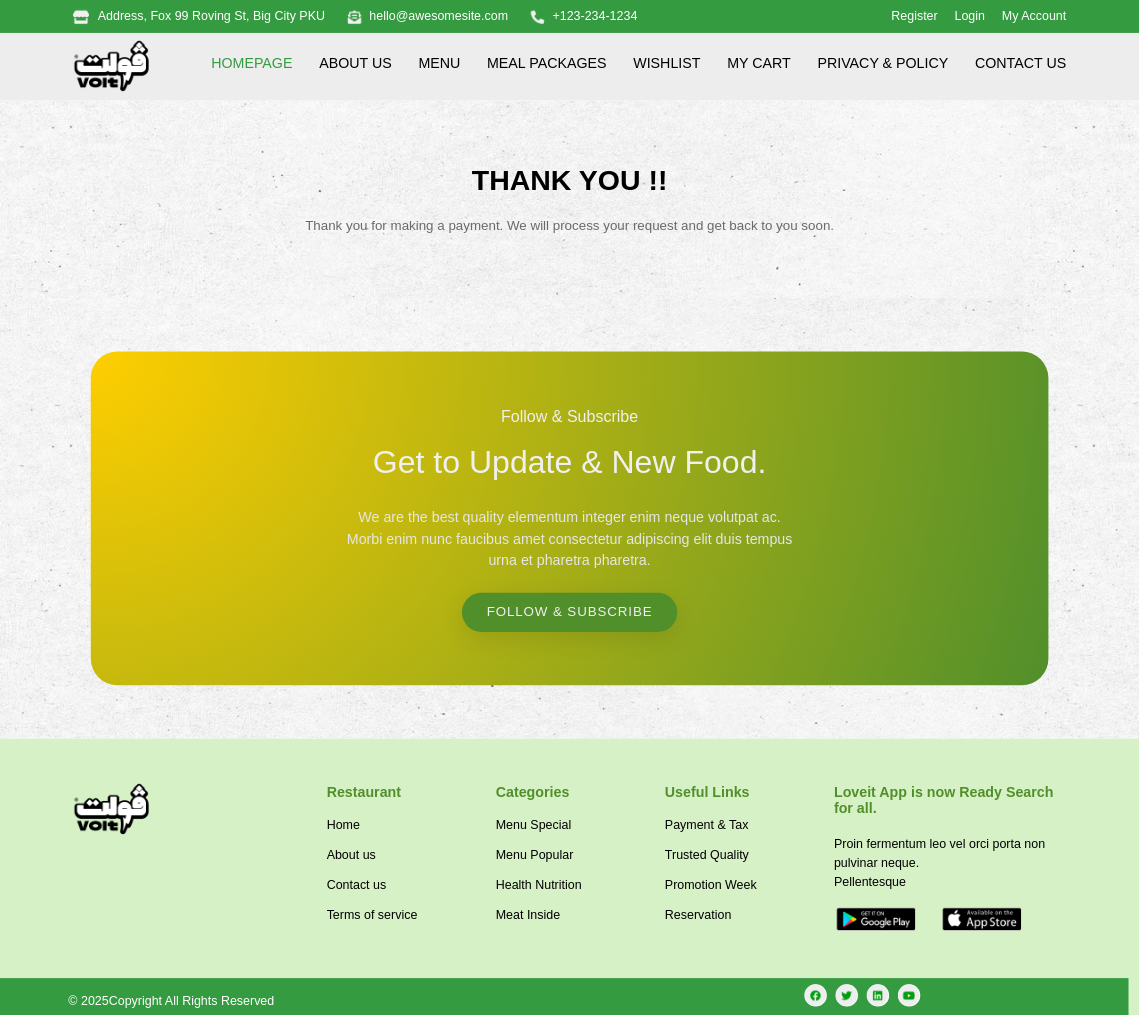
Repository: junivig/volt-new-project
Page: payment-success.html
The author's editor kept a copy of each file at every save. The page is drawn from the files as they stood at one save, then again after the next save.
The browser window is 1280 px wide. The pictures show the whole page, at 89% of full size.

Above is the page before, as saved 2025-02-26 21:03:19.
Console error: SyntaxError: Identifier 'apiBaseUrl' has already been declared

After the next save:
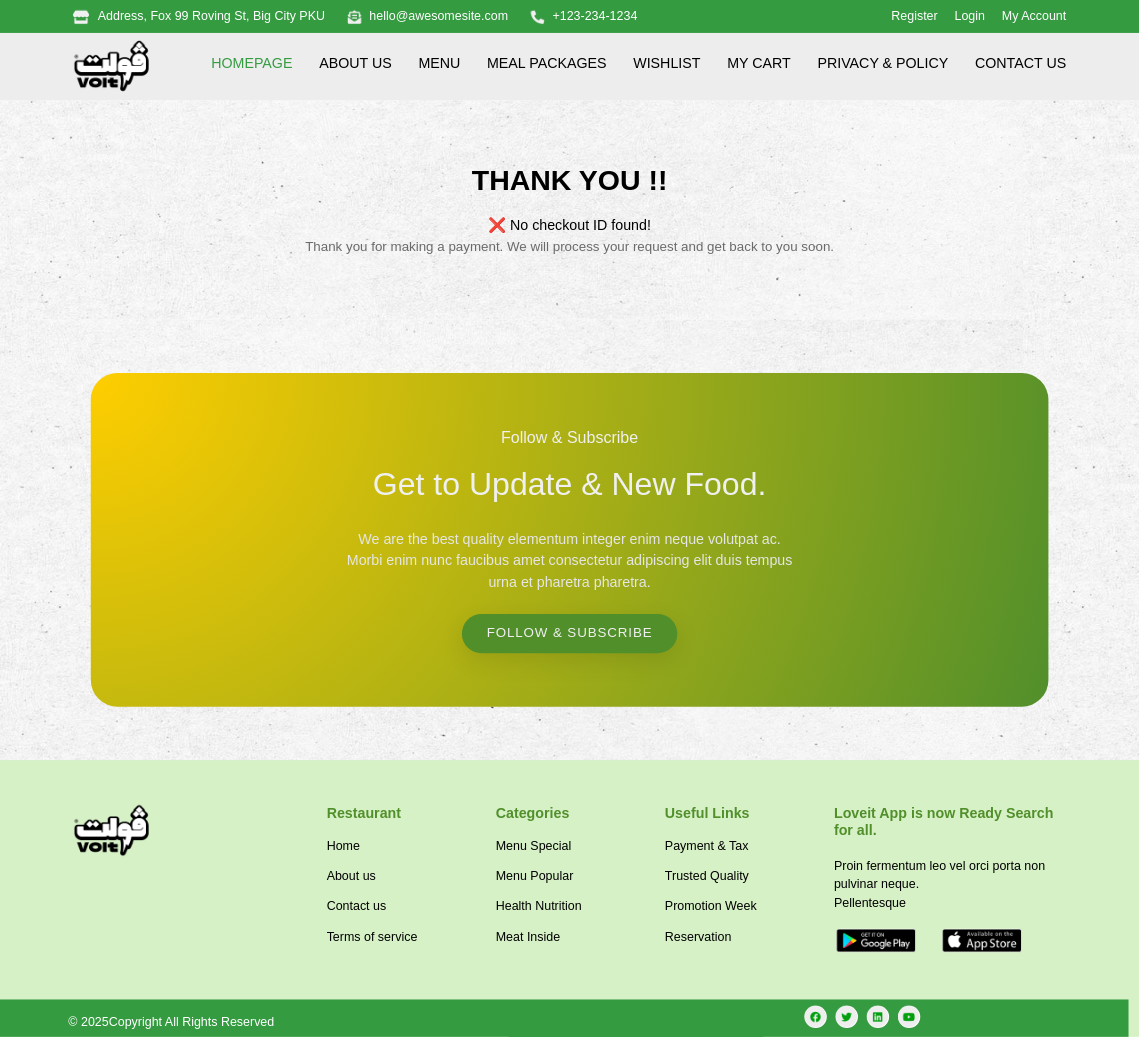
The error is gone.
Saved 45 s later.
--- a/payment-success.html
+++ b/payment-success.html
@@ -123,6 +123,7 @@
           <!-- Section Title -->
           <div class="container section-title" data-aos="fade-up">
             <h2>Thank You !! </h2>
+            <p id="payment-status">Checking your payment status...</p>
             <span class="chef-inner-text">Thank you for making a payment. We will process your request and get back to you soon.</span>
 
           </div><!-- End Section Title -->
@@ -133,7 +134,6 @@
   </main>
 
   <script>
-    const apiBaseUrl = "https://api.voltfood.co"; // Your API base URL
     const urlParams = new URLSearchParams(window.location.search);
     const checkoutId = urlParams.get("id"); // Get checkout ID from URL
 
